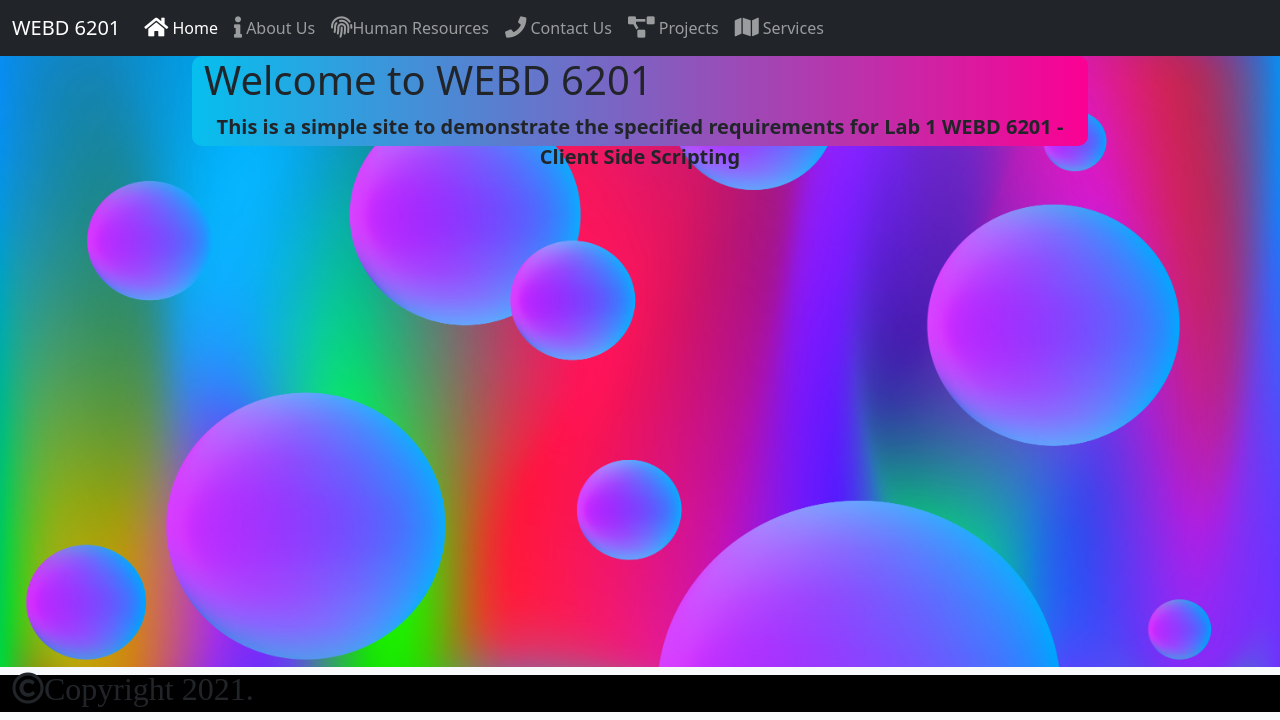
Repository: vans12345678/WEBD6201-W2021-Week3
Page: index.html
These files come from the project's save history. The page is drawn as it stood at one moment and after the next save; the edit follows.
The browser window is 1280 px wide. The pictures show the whole page.

Above is the page before, as saved 2021-01-28 20:29:55.
Console error: ReferenceError: mainContent is not defined

### index.html
<!DOCTYPE html>
<html lang="en">
<head>
    <meta charset="UTF-8">
    <meta name="viewport" content="width=device-width, initial-scale=1.0">
    <title>Index</title>

    <!-- CSS Section -->
    <link rel="stylesheet" href="./node_modules/bootstrap/dist/css/bootstrap.min.css">
    <link rel="stylesheet" href="./node_modules/@fortawesome/fontawesome-free/css/all.min.css">
    <link rel="stylesheet" href="./Content/app.css">
</head>
<body class ="Vapor">

  <!-- Main Header -->
    <header>
      <!-- Main Navigation -->
        <nav class="navbar navbar-expand-lg navbar-dark bg-dark">
            <div class="container-fluid">
              <a class="navbar-brand" href="index.html">WEBD 6201</a>
              <button class="navbar-toggler" type="button" data-bs-toggle="collapse" data-bs-target="#navbarSupportedContent" aria-controls="navbarSupportedContent" aria-expanded="false" aria-label="Toggle navigation">
                <span class="navbar-toggler-icon"></span>
              </button>
              <div class="collapse navbar-collapse" id="navbarSupportedContent">
                <ul class="navbar-nav me-auto mb-2 mb-lg-0">
                  <li class="nav-item">
                    <a class="nav-link active" aria-current="page" href="index.html"><i class="fas fa-home fa-lg"></i> Home</a>
                  </li>
                  <li class="nav-item">
                    <a class="nav-link" aria-current="page" href="about.html"><i class="fas fa-info fa-lg"></i> About Us</a>
                  </li>
                  <li class="nav-item">
                    <a class="nav-link" aria-current="page" href="human-resources.html"><i class="fas fa-fingerprint fa-lg"></i>Human Resources</a>
                  </li>
                  <li class="nav-item">
                    <a class="nav-link" aria-current="page" href="contact.html"><i class="fas fa-phone fa-lg"></i> Contact Us</a>
                  </li>
                  <li class="nav-item">
                    <a class="nav-link" aria-current="page" href="projects.html"><i class="fas fa-project-diagram fa-lg"></i> Projects</a>
                  </li>
                  <li class="nav-item">
                    <a class="nav-link" aria-current="page" href="services.html"><i class="fas fa-map fa-lg"></i> Services</a>
                  </li>
                </ul>
              </div>
            </div>
          </nav>
    </header>
  <!-- Main Contents -->
    <main class="container">
        <h1>Welcome to WEBD 6201</h1>
        <p id="introParagraph" class=""></p>
    </main>
    <!-- Main Footer -->
    <footer>
        <nav class="navbar fixed-bottom navbar-light bg-light">
            <div class="container-fluid site-footer">
                <h4><i class="far fa-copyright fa-lg">Copyright 2021.</i></h4>
            </div>
          </nav>
    </footer>
    <!-- Script Section -->
    <script src="./node_modules/jquery/dist/jquery.min.js"></script>
    <script src="./node_modules/bootstrap/dist/js/bootstrap.bundle.min.js"></script>
    <script src="./Scripts/app.js"></script>
</body>
</html>

### Content/app.css
/* custom css goes here */
.Vapor {
    background-image: url('../images/vapor.jpg');
    background-repeat: no-repeat;
    background-attachment: fixed;
    background-size: 100% 100%;
  }
  body
  {
    background-color: rgb(90, 90, 90);
  }
  .container{

    border-radius: 10px;
    width: 70%;
    height: 90px;
    margin: 0px auto;
    background: linear-gradient(90deg,#06bfee,#fb0093)
  }
  .contactForm{
    width: 100%;
    margin:  100px auto;
  }
  .warnMessage
  {
    width: 90%;
    margin:  50px;
  }
  .site-footer {
    background: black;
  }

### Scripts/app.js
/* Custom JavaScript goes here */

//IIFE - Immediately Invoked Function Expression
//AKA - Anonymous Self-Executing Function
//Closure - limits scope leak

"use strict";


(function(){

    function displayHome()
    {

        let introText = "This is a simple site to demonstrate the specified requirements for Lab 1 WEBD 6201 - Client Side Scripting";
        let introTextElement = document.getElementById("introParagraph");

        introTextElement.textContent = introText;
        introTextElement.className = "fs-5 fw-bold text-center";

        mainContent.innerHTML =
        `<h1 id = "firstHeading">Welcome to WEBD6201 - Lab 1</h1>
        <p id = "paragraphOne" class = "fs-3 fw-bold">This is my first paragraph</p>
        `;

    }
    function displayAbout()
    {

    }
    function displayProjects()
    {

    }
    function displayServices()
    {

    }
    function displayContact()
    {

        let messageArea = document.getElementById("messageArea");
        messageArea.hidden = true;

        //form validation
        let fullName = document.getElementById("fullName");
        fullName.addEventListener("blur", function()
        {
            if(fullName.value.length < 2)
            {
                fullName.focus();
                fullName.select();
                messageArea.hidden = false;
                messageArea.className = "alert alert-danger warnMessage";
                messageArea.textContent = "Please enter an appropriate name > 2 characters";
            }
            else
            {
                messageArea.removeAttribute("class");
                messageArea.hidden = true;
            }
        });
            let sendButton = document.getElementById("sendButton");
            sendButton.addEventListener("click", function(event)
            {
                //event.preventDefault();
                // //Displays twice?

                let contact = new Contact(fullName.value,contactNumber.value, emailAddress.value);

                //console.log(contact.serialize());
                if(contact.serialize())
                {
                    localStorage.setItem((localStorage.length + 1).toString(),contact.serialize());
                }
            });
    }
    function displayContactList()
    {
        if(localStorage.length > 0)
        {
            let contactList = document.getElementById("contactList");
            let data = "";

            for (let index = 0; index < localStorage.length; index++)
            {
                let contactData = localStorage.getItem((index + 1).toString());
                let contact = new Contact();

                contact.deserialize(contactData);

                data += `<tr>
                <th scope="row">${index + 1}</th>
                <td>${contact.FullName}</td>
                <td>${contact.ContactNumber}</td>
                <td>${contact.EmailAddress}</td>
              </tr>`;
            }
            contactList.innerHTML = data;
        }

    }

    function Start()
    {
        console.log("App Started...");

        switch(document.title)
        {
            case "Index":
                displayHome();
                break;
            case "About":
                displayAbout();
                break;
            case "Projects":
                displayProjects();
                break;
            case "Services":
                displayServices();
                break;
            case "Contact Us":
                displayContact();
                break;
            case "Contact-List":
                displayContactList();
                break;
        }


    }

    window.addEventListener("load", Start);

})();

Loaded but not shown: node_modules/bootstrap/dist/css/bootstrap.min.css (library); node_modules/@fortawesome/fontawesome-free/css/all.min.css (library); node_modules/jquery/dist/jquery.min.js (library); node_modules/bootstrap/dist/js/bootstrap.bundle.min.js (library)

After the next save:
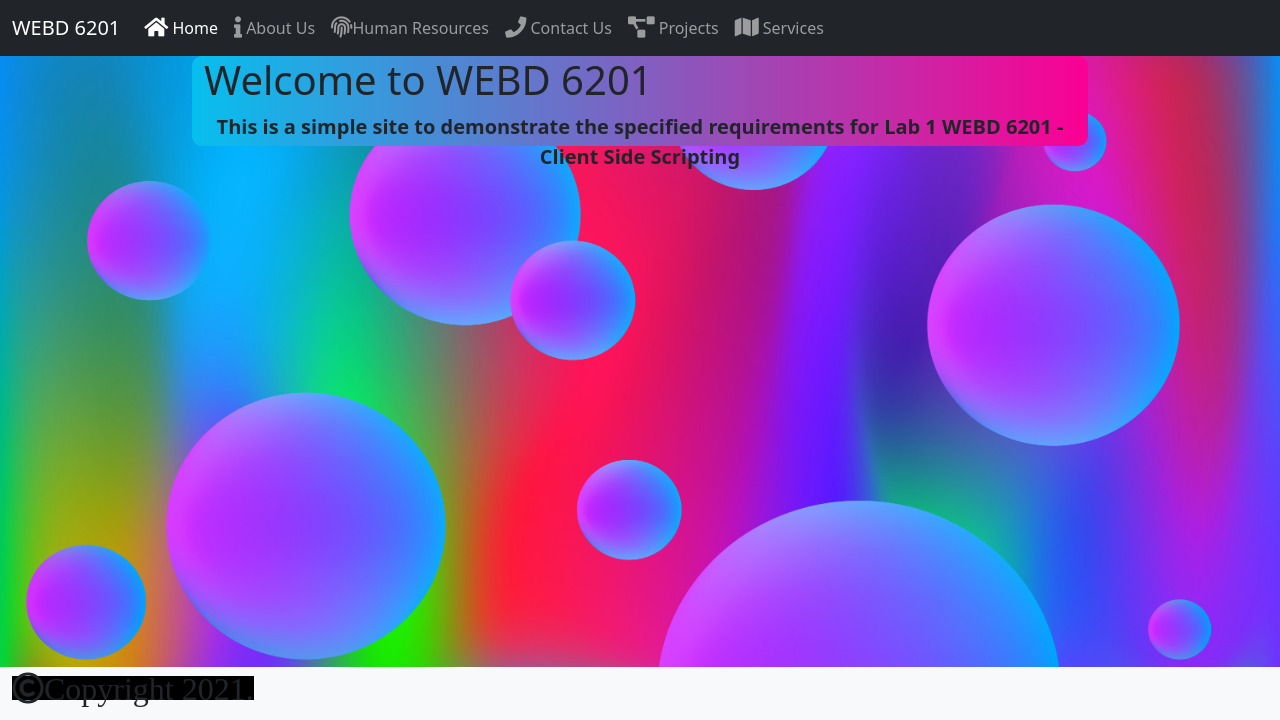
Saved 16 s later.
--- a/index.html
+++ b/index.html
@@ -54,8 +54,8 @@
     <!-- Main Footer -->
     <footer>
         <nav class="navbar fixed-bottom navbar-light bg-light">
-            <div class="container-fluid site-footer">
-                <h4><i class="far fa-copyright fa-lg">Copyright 2021.</i></h4>
+            <div class="container-fluid">
+                <h4><i class="far fa-copyright fa-lg site-footer">Copyright 2021.</i></h4>
             </div>
           </nav>
     </footer>
